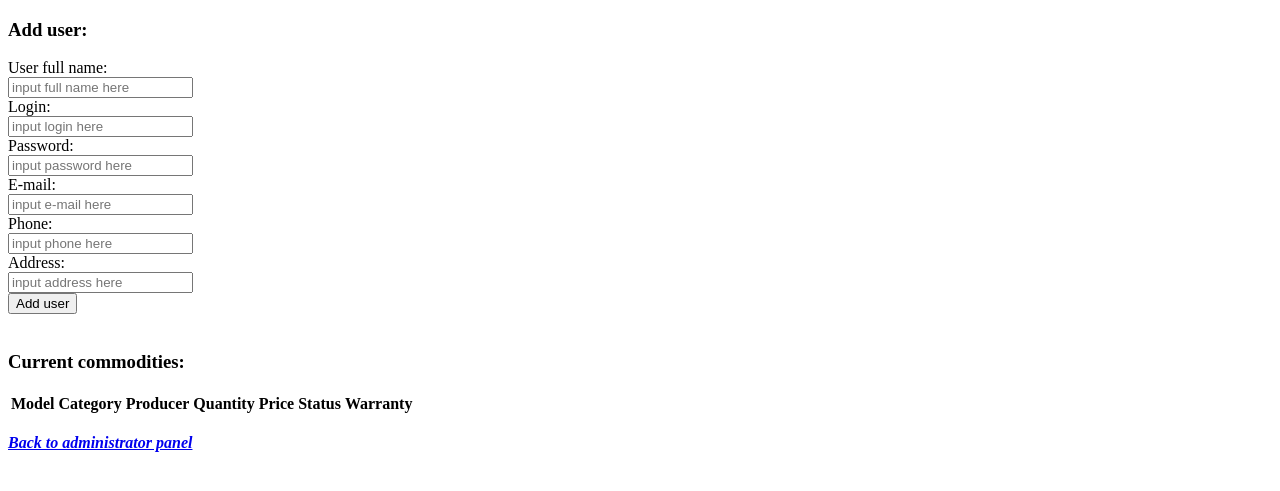
Repository: Zed180881/Zed_repo
Page: http://localhost/eShop/WEB-INF/views/adminPanel/adminUser.jsp
An editor plug-in stored every save of this project. The page is shown before and after the next save, followed by the edit.
The browser window is 1280 px wide. The pictures show the whole page.
The page is served by Tomcat 9. Nobody is signed in. The template is opened directly, without the code that normally fills it, so the values that code supplies are empty.

Above is the page before, as saved 2016-08-05 11:13:38.

After the next save:
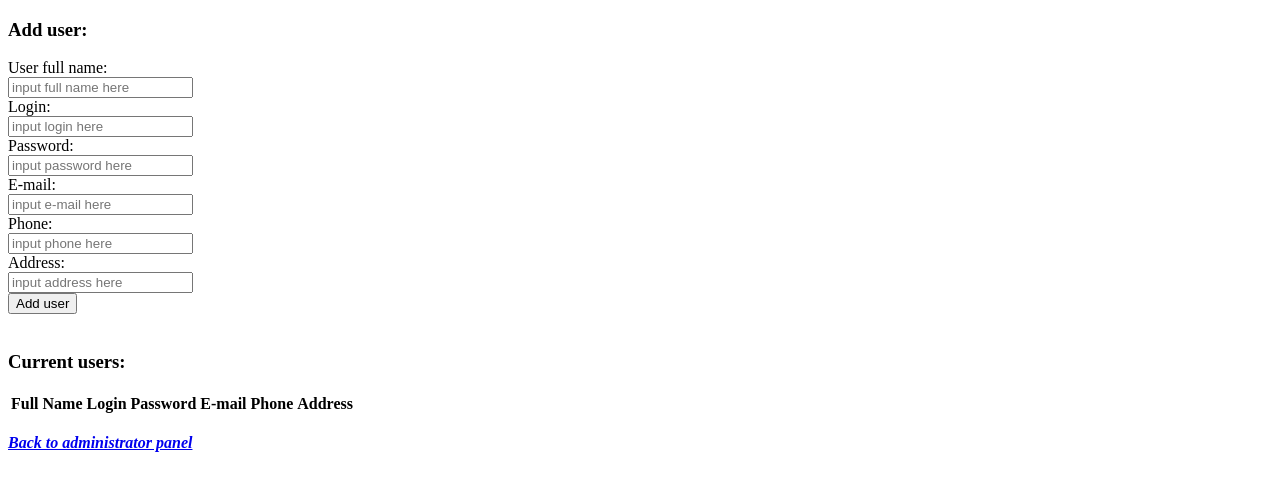
Saved 63 s later.
--- a/JavaProj/eShop/src/main/webapp/WEB-INF/views/adminPanel/adminUser.jsp
+++ b/JavaProj/eShop/src/main/webapp/WEB-INF/views/adminPanel/adminUser.jsp
@@ -24,16 +24,15 @@
 		<input type="text" name="address" placeholder="input address here" required><br>
 		<input type="submit" value="Add user">
 	</form><br>
-	<h3>Current commodities:</h3>
+	<h3>Current users:</h3>
 	<table>
 		<tr>
-			<th>Model</th>
-			<th>Category</th>
-			<th>Producer</th>
-			<th>Quantity</th>
-			<th>Price</th>
-			<th>Status</th>
-			<th>Warranty</th>
+			<th>Full Name</th>
+			<th>Login</th>
+			<th>Password</th>
+			<th>E-mail</th>
+			<th>Phone</th>
+			<th>Address</th>
 		</tr>
 	<c:forEach items="${commodities}" var="commodity">
 		<tr>
